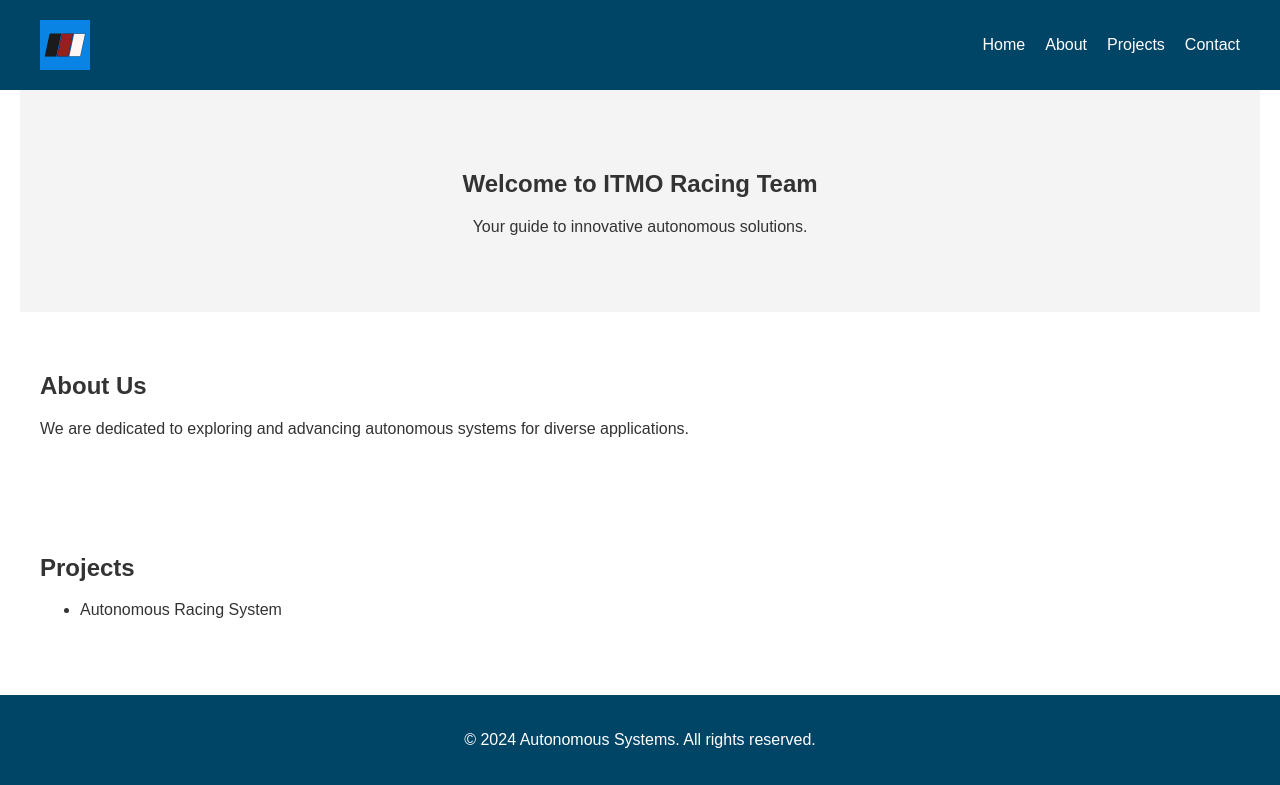
Repository: fs-itmo/fs-itmo.github.io
Page: index.html
An editor plug-in stored every save of this project. The page is shown before and after the next save, followed by the edit.
The browser window is 1280 px wide. The pictures show the whole page.

Above is the page before, as saved 2024-12-30 13:21:56.

### index.html
<!DOCTYPE html>
<html lang="en">
<head>
    <meta charset="UTF-8">
    <meta name="viewport" content="width=device-width, initial-scale=1.0">
    <title>Autonomous Systems</title>
    <link rel="stylesheet" href="css/style.css">
</head>
<body>
    <header>
        <div class="container">
            <img src="assets/images/logo.png" alt="Logo" class="logo">
            <nav>
                <ul>
                    <li><a href="#home">Home</a></li>
                    <li><a href="#about">About</a></li>
                    <li><a href="#projects">Projects</a></li>
                    <li><a href="#contact">Contact</a></li>
                </ul>
            </nav>
        </div>
    </header>

    <section id="home">
        <h1>Welcome to ITMO Racing Team</h1>
        <p>Your guide to innovative autonomous solutions.</p>
    </section>

    <section id="about">
        <h2>About Us</h2>
        <p>We are dedicated to exploring and advancing autonomous systems for diverse applications.</p>
    </section>

    <section id="projects">
        <h2>Projects</h2>
        <ul>
            <li>Autonomous Racing System</li>
            <!-- <li>Swarm Robotics</li>
            <li>AI-Driven Drones</li> -->
        </ul>
    </section>

    <!-- <section id="contact">
        <h2>Contact Us</h2>
        <p>Email: <a href="mailto:contact@autonomous-systems.com">contact@autonomous-systems.com</a></p>
    </section> -->

    <footer>
        <p>&copy; 2024 Autonomous Systems. All rights reserved.</p>
    </footer>
</body>
</html>

### css/style.css
body {
    font-family: Arial, sans-serif;
    margin: 0;
    padding: 0;
    color: #333;
}

header {
    background-color: #004466;
    padding: 20px 0;
}

header .container {
    display: flex;
    justify-content: space-between;
    align-items: center;
    max-width: 1200px;
    margin: 0 auto;
    padding: 0 20px;
}

header .logo {
    max-height: 50px;
}

header nav ul {
    list-style: none;
    display: flex;
    margin: 0;
    padding: 0;
}

header nav ul li {
    margin-left: 20px;
}

header nav ul li a {
    text-decoration: none;
    color: white;
    font-size: 16px;
}

section {
    padding: 40px 20px;
    max-width: 1200px;
    margin: 0 auto;
}

section#home {
    background: #f4f4f4;
    text-align: center;
    padding: 60px 20px;
}

footer {
    background-color: #004466;
    color: white;
    text-align: center;
    padding: 20px 0;
    margin-top: 20px;
}

After the next save:
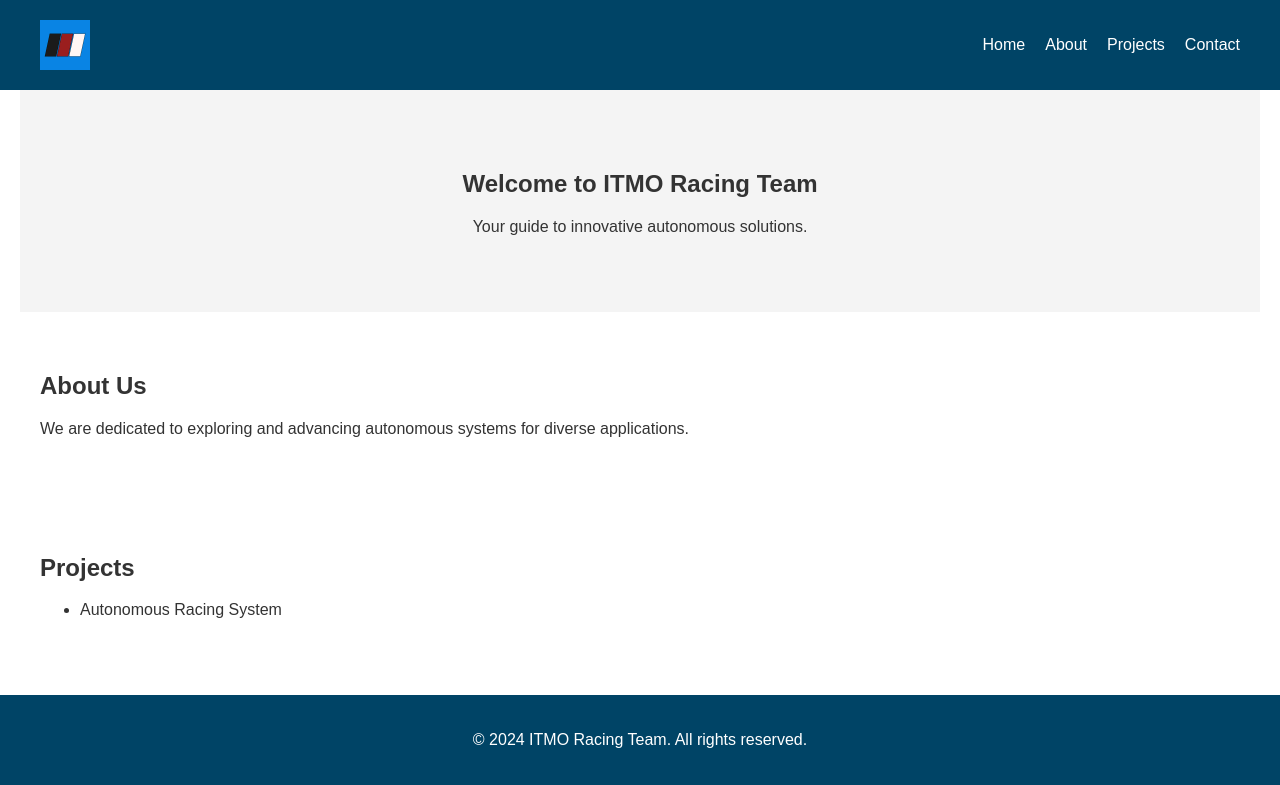
Saved 8 s later.
--- a/index.html
+++ b/index.html
@@ -46,7 +46,7 @@
     </section> -->
 
     <footer>
-        <p>&copy; 2024 Autonomous Systems. All rights reserved.</p>
+        <p>&copy; 2024 ITMO Racing Team. All rights reserved.</p>
     </footer>
 </body>
 </html>
